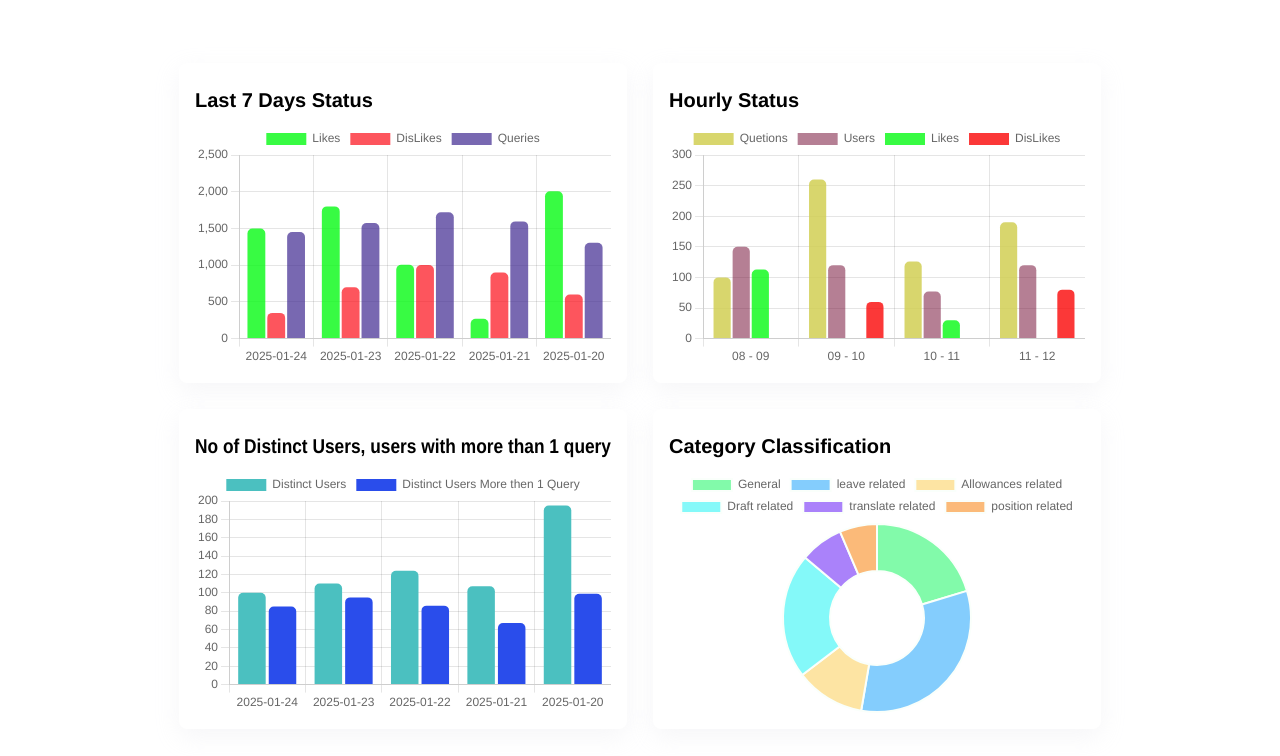
Repository: NAGARAJ-DEVELOPER/Dashboard
Page: /
An editor plug-in stored every save of this project. The page is shown before and after the next save, followed by the edit.
The browser window is 1280 px wide. The pictures show the whole page.
The project was rebuilt for these pictures with package versions that can differ from the ones it lists, and the page was loaded fresh each time. Also part of the build but not shown: vite.config.js.

Above is the page before, as saved 2025-02-12 00:28:11.

### src/App.jsx
import React from "react";
import { Chart as ChartJS, defaults } from "chart.js/auto";
import { Bar, Doughnut, Line, Pie } from "react-chartjs-2";

import "./App.css";


import sourceData from "./data/sourceData.json";
import Week from "./data/7days.json";
import toady from "./data/Today.json";
import user from "./data/Users.json";
import category from "./data/Category.json";

defaults.maintainAspectRatio = false;
defaults.responsive = true;

defaults.plugins.title.display = true;
defaults.plugins.title.align = "start";
defaults.plugins.title.font.size = 20;
defaults.plugins.title.color = "black";

export const App = () => {


  return (
   <>
   <div>
    <br></br>
    <br></br>
   </div>
    <div className="App">

        <div className="dataCard categoryCard">
        <Bar
          data={{
            labels: Week.map((data) => data.DATE1),
            datasets: [
              {
                label: "Likes",
                data: Week.map((data) => data.number_of_likes),
                backgroundColor: [
             "rgba(7, 250, 20, 0.8)",
                ],
                borderRadius: 5,
              },
              {
                label: "DisLikes",
                data: Week.map((data) => data.number_of_dislikes),
                backgroundColor: [

                  "rgba(252, 13, 25, 0.7)",

                ],
                borderRadius: 5,
              },
              {
                label: "Queries",
                data: Week.map((data) => data.number_of_ques),
                backgroundColor: [
                  "rgba(63, 40, 145, 0.7)",
                ],
                borderRadius: 5,
              },
            ],
          }}
          options={{
            plugins: {
              title: {
                text: "Last 7 Days Status",
              },
            },
          }}
        />
      </div>


      <div className="dataCard categoryCard">
        <Bar
          data={{
            labels: toady.map((data) => data.B_TIME),
            datasets: [
              {
                label: "Quetions",
                data: toady.map((data) => data.C_Questions),
                backgroundColor: [
                  "rgba(209, 207, 82, 0.84)",
                ],
                borderRadius: 5,
              },
              {
                label: "Users",
                data: toady.map((data) => data.D_Users),
                backgroundColor: [

                  "rgba(116, 14, 53, 0.53)",

                ],
                borderRadius: 5,
              },
              {
                label: "Likes",
                data: toady.map((data) => data.F_Likes),
                backgroundColor: [
                  "rgba(7, 250, 20, 0.8)",
                ],
                borderRadius: 5,
              },
              {
                label: "DisLikes",
                data: toady.map((data) => data.Dis_Likes),
                backgroundColor: [
                  "rgba(250, 7, 7, 0.8)",
                ],
                borderRadius: 5,
              },
            ],
          }}
          options={{
            plugins: {
              title: {
                text: "Hourly Status",
              },
            },
          }}
        />
      </div>
      <div className="dataCard categoryCard">
        <Bar
          data={{
            labels: user.map((data) => data.DATE1),
            datasets: [
              {
                label: "Distinct Users",
                data: user.map((data) => data.number_of_distinct_users),
                backgroundColor: 'rgb(75, 192, 192)',
                borderRadius: 5,
              },
              {
                label: "Distinct Users More then 1 Query",
                data: user.map((data) => data.Distinct_Users_more_1query),
                backgroundColor: 'rgb(42, 77, 235)',
                borderRadius: 5,
              },
            ],
          }}
          options={{
            plugins: {
              title: {
                text: "No of Distinct Users, users with more than 1 query",
              },
            },
          }}
        />
      </div>


      <div className="dataCard categoryCard">
        <Doughnut
          data={{
            labels: category.map((data) => data.category),
            datasets: [
              {
                label: "Count",
                data: category.map((data) => data.COUNT_CAT),
                backgroundColor: [
                  'rgba(7, 245, 86, 0.5)',
        'rgba(10, 155, 252, 0.5)',
        'rgba(252, 201, 72, 0.5)',
        'rgba(10, 243, 243, 0.5)',
        'rgba(86, 6, 245, 0.5)',
        'rgba(247, 129, 11, 0.55)',
                ],
                borderColor: [
                  'rgb(250, 255, 251)',
                  'rgb(250, 255, 251)',
                  'rgb(250, 255, 251)',
                  'rgb(250, 255, 251)',
                  'rgb(250, 255, 251)',
                  'rgb(250, 255, 251)',
                ],animation :Doughnut,
              },
            ],
          }}
          options={{
            plugins: {
              title: {
                text: "Category Classification",
              },
            },
          }}
        />
      </div>
    </div>
    </>
  );
};

### src/App.css
.App {
  height: 100vh;
  width: 100%;
  display: flex;
  flex-direction: row;
  align-items: center;
  justify-content: center;
  align-content: center;
  gap: 2vw;
  flex-wrap: wrap;
  background-color: #ffffff;
  overflow: auto;
}
.Height{

}
.dataCard {
  background-color: #ffffff;
  border-radius: 0.5em;
  box-shadow: rgba(208, 210, 218, 0.2) 0px 8px 24px;
  padding: 1em;
}

.revenueCard {
  width: 92%;
  height: 20rem;
}

.customerCard {
  width: 50%;
  height: 20rem;
}

.categoryCard {
  width: 35%;
  height: 20rem;
}

### src/data/sourceData.json
[
  {
    "label": "Queries",
    "value": 327787
  },
  {
    "label": "Likes",
    "value": 45877
  },
  {
    "label": "Dislikes",
    "value": 238787
  }
]

### src/data/7days.json
[
    {  "DATE1": "2025-01-24", "number_of_dislikes": 350, "number_of_likes": 1500,  "number_of_ques": 1452 },
    {  "DATE1": "2025-01-23", "number_of_dislikes": 700, "number_of_likes": 1800,  "number_of_ques": 1574 },
    {  "DATE1": "2025-01-22", "number_of_dislikes": 1003, "number_of_likes": 1005,  "number_of_ques": 1720 },
    {  "DATE1": "2025-01-21", "number_of_dislikes": 900, "number_of_likes": 270,  "number_of_ques": 1596 },
    {  "DATE1": "2025-01-20", "number_of_dislikes": 600, "number_of_likes": 2005,  "number_of_ques": 1304 }
  ]

### src/data/Today.json
[
  { "A_DATE": "2025-01-27", "B_TIME": "08 - 09", "C_Questions": 100, "D_Users": 150 ,"F_Likes": 113},
  { "A_DATE": "2025-01-27",  "B_TIME": "09 - 10", "C_Questions": 260, "D_Users": 120,"Dis_Likes":60},
  { "A_DATE": "2025-01-27", "B_TIME": "10 - 11", "C_Questions": 126, "D_Users": 77, "F_Likes": 30 },
  { "A_DATE": "2025-01-27", "B_TIME": "11 - 12", "C_Questions": 190, "D_Users": 120,"Dis_Likes":80 }
]

### src/data/Users.json
[
  {  "DATE1": "2025-01-24", "number_of_distinct_users": 100, "Distinct_Users_more_1query": 85 },
  {  "DATE1": "2025-01-23", "number_of_distinct_users": 110, "Distinct_Users_more_1query": 95 },
  {  "DATE1": "2025-01-22", "number_of_distinct_users": 124, "Distinct_Users_more_1query": 86  },
  {  "DATE1": "2025-01-21", "number_of_distinct_users": 107, "Distinct_Users_more_1query": 67  },
  {  "DATE1": "2025-01-20", "number_of_distinct_users": 195, "Distinct_Users_more_1query": 99  }
]

### src/data/Category.json
[
  { "category": "General", "COUNT_CAT": 2434 },
  { "category": "leave related", "COUNT_CAT": 3870 },
  { "category": "Allowances related", "COUNT_CAT": 1430 },
  { "category": "Draft related", "COUNT_CAT": 2569 },
  { "category": "translate related", "COUNT_CAT": 891 },
  { "category": "position related", "COUNT_CAT": 770 }
]

Loaded but not shown: index.html (common file); src/main.jsx (common file); src/index.css (common file)

After the next save:
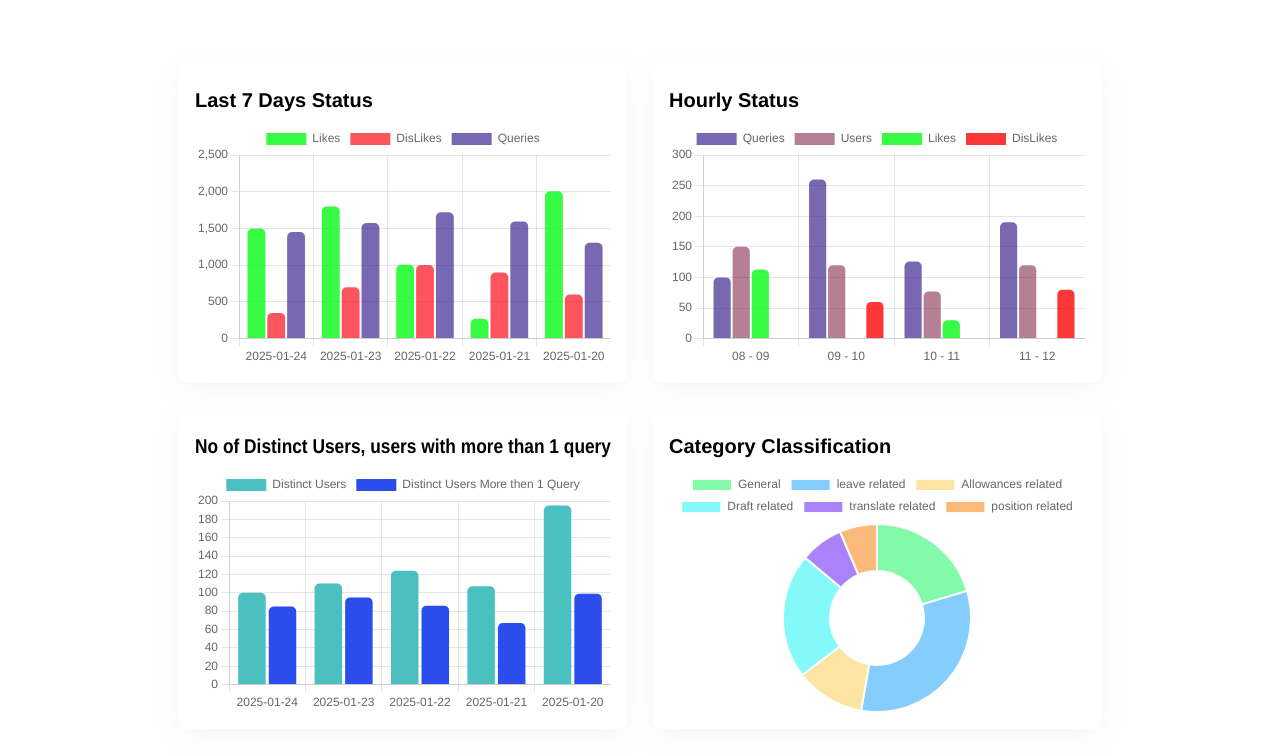
Saved 34 s later.
--- a/src/App.jsx
+++ b/src/App.jsx
@@ -80,10 +80,10 @@ export const App = () => {
             labels: toady.map((data) => data.B_TIME),
             datasets: [
               {
-                label: "Quetions",
+                label: "Queries",
                 data: toady.map((data) => data.C_Questions),
                 backgroundColor: [
-                  "rgba(209, 207, 82, 0.84)",
+                  "rgba(63, 40, 145, 0.7)",
                 ],
                 borderRadius: 5,
               },
